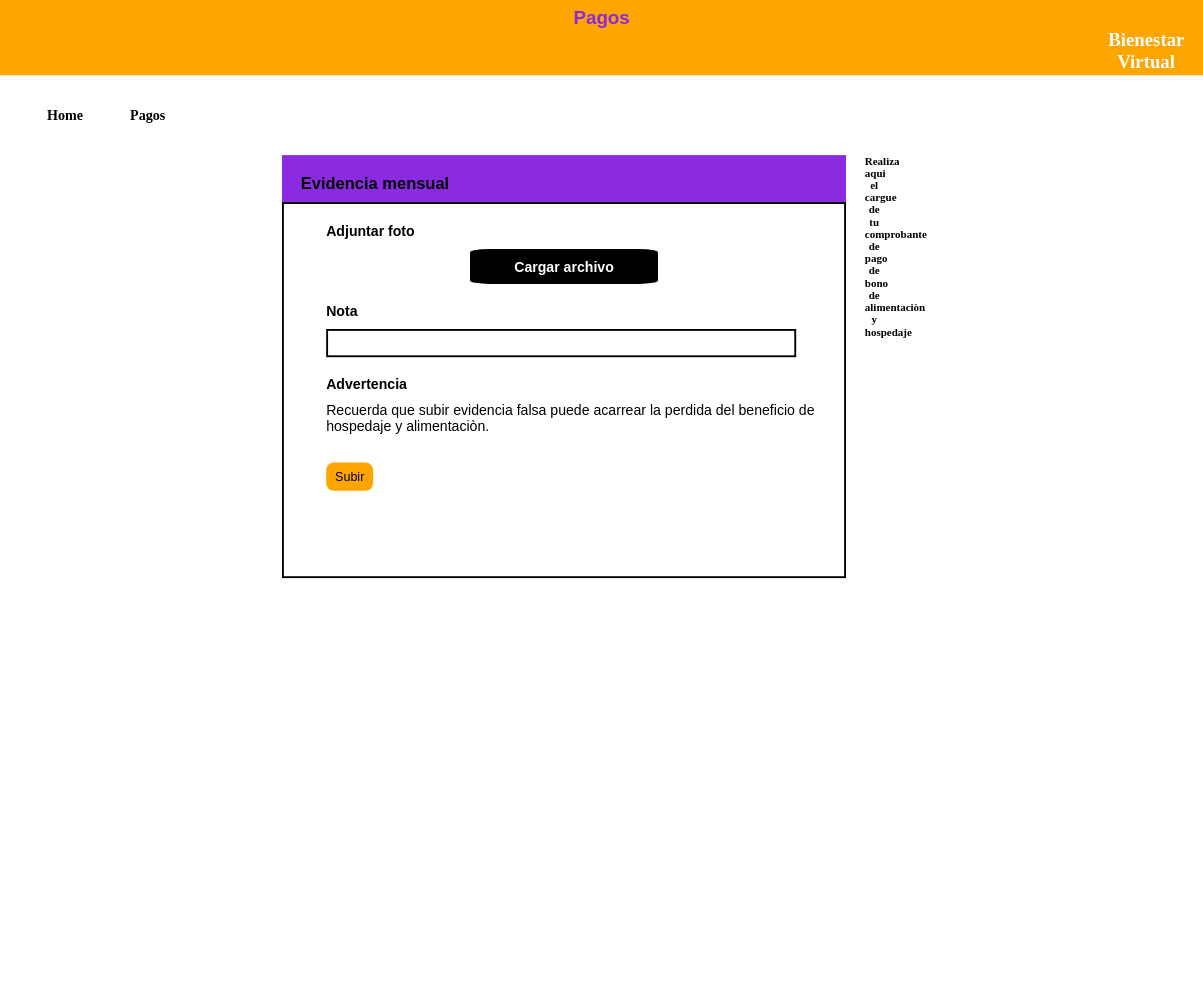
Repository: Diani123/Mis-actividades
Page: softwarebienestarinstitucional/pagos.html
These files come from the project's save history. The page is drawn as it stood at one moment and after the next save; the edit follows.
The browser window is 1280 px wide. The pictures show the whole page, at 94% of full size.

Above is the page before, as saved 2023-02-12 20:33:04.

After the next save:
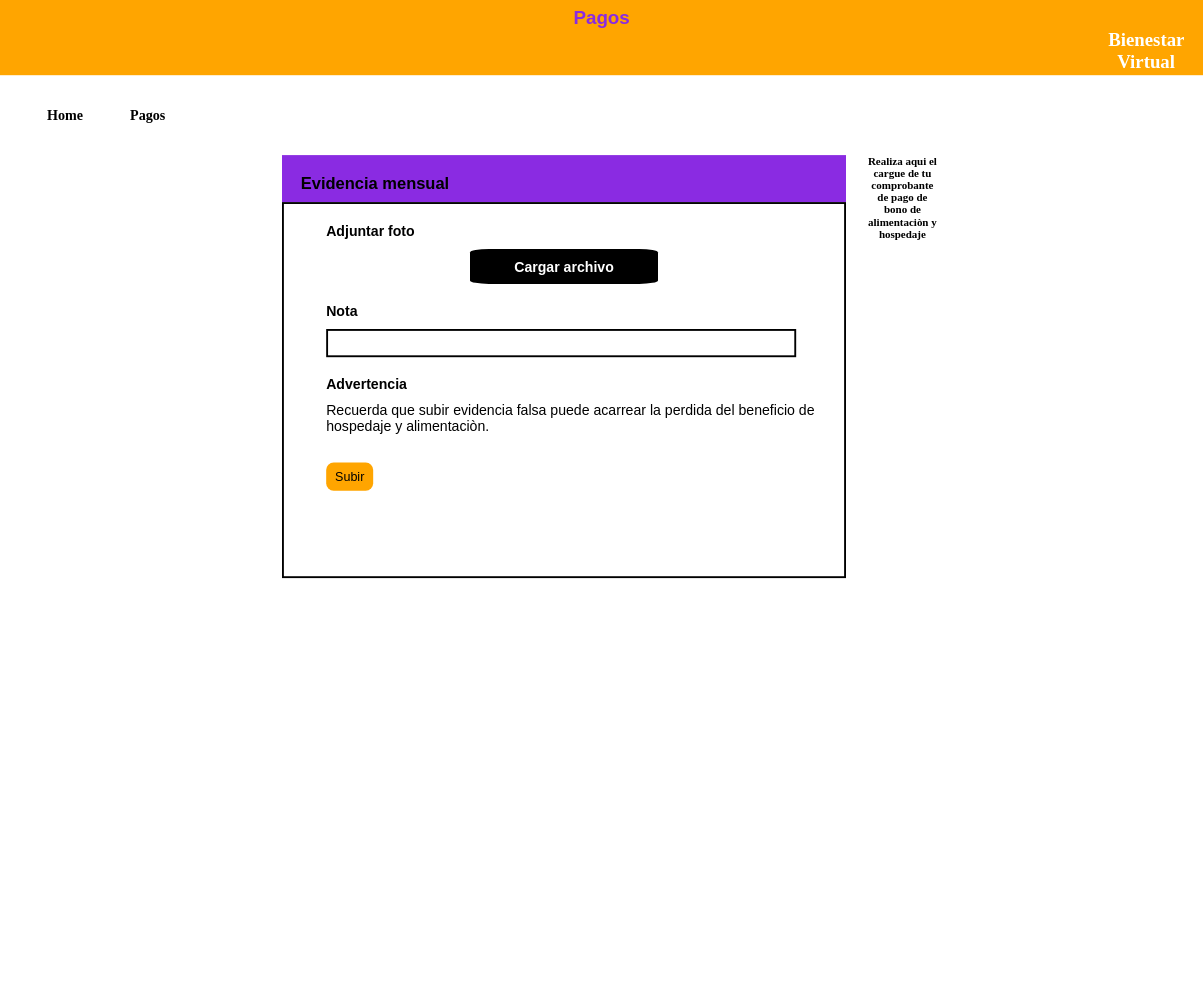
Saved 4 s later.
--- a/softwarebienestarinstitucional/pagos.css
+++ b/softwarebienestarinstitucional/pagos.css
@@ -152,7 +152,7 @@ body {
   top: -1000px;
 }
 .contenedor2{
-  width: 40px;
+  width: 100px;
   height: 50px;
   padding-left: 20px;
   text-align: center;
